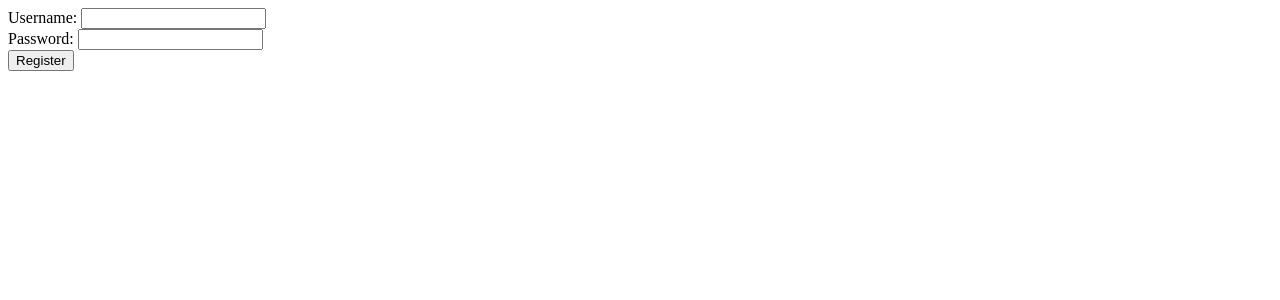
Repository: hunggtham/First-Jsp-and-Servlet-Project
Page: http://localhost/10DemoSQL2/
These files come from the project's save history. The page is drawn as it stood at one moment and after the next save; the edit follows.
The browser window is 1280 px wide. The pictures show the whole page.
The page is served by Tomcat 9.

Above is the page before, as saved 2022-08-15 09:16:26.

After the next save:
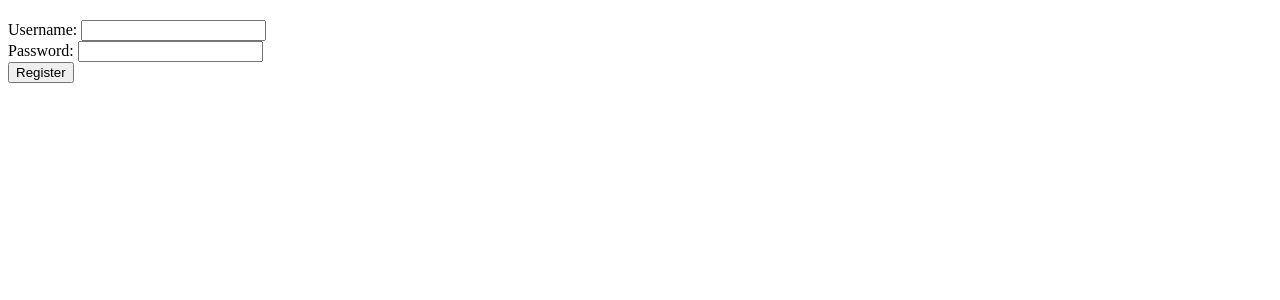
Saved 59 s later.
--- a/10DemoSQL2/src/main/webapp/WEB-INF/View/Register.jsp
+++ b/10DemoSQL2/src/main/webapp/WEB-INF/View/Register.jsp
@@ -7,7 +7,7 @@
 <title>Register Page</title>
 </head>
 <body>
-
+	<h2> <%=request.getAttribute("msgRegSuccess") != null?request.getAttribute("msgRegSuccess"): ""  %></h2>
 	<form action="RegisterController" method="POST">
 		Username: <input type="text" name="uname" />
 		<br/>

After the save that followed:
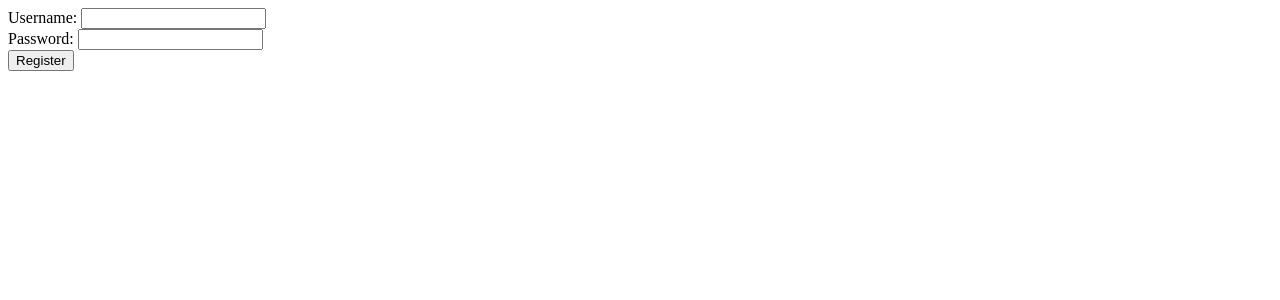
Saved 54 s later.
--- a/10DemoSQL2/src/main/webapp/WEB-INF/View/Register.jsp
+++ b/10DemoSQL2/src/main/webapp/WEB-INF/View/Register.jsp
@@ -7,7 +7,7 @@
 <title>Register Page</title>
 </head>
 <body>
-	<h2> <%=request.getAttribute("msgRegSuccess") != null?request.getAttribute("msgRegSuccess"): ""  %></h2>
+
 	<form action="RegisterController" method="POST">
 		Username: <input type="text" name="uname" />
 		<br/>
